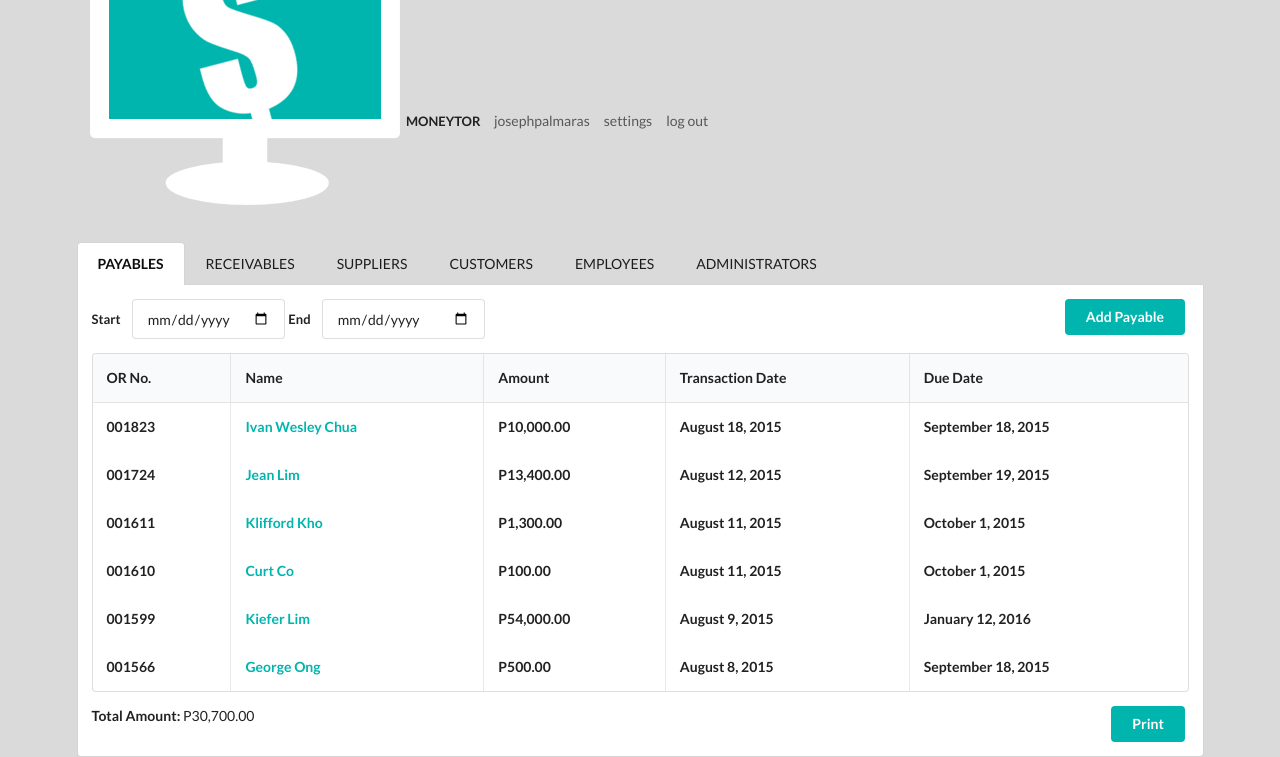
Repository: TV5/MoneyTor
Page: Workspace/MoneyTor/war/main.html
The author's editor kept a copy of each file at every save. The page is drawn from the files as they stood at one save, then again after the next save.
The browser window is 1280 px wide. The pictures show the whole page.

Above is the page before, as saved 2015-08-18 16:12:45.

### Workspace/MoneyTor/war/main.html
<!DOCTYPE html>
<html>
<head>
  <!-- Standard Meta -->
  <meta charset="utf-8" />
  <meta http-equiv="X-UA-Compatible" content="IE=edge,chrome=1" />
  <meta name="viewport" content="width=device-width, initial-scale=1.0, maximum-scale=1.0">

  <!-- Site Properities -->
  <title>Main Page</title>
  <link rel="stylesheet" type="text/css" href="../dist/components/reset.css">
  <link rel="stylesheet" type="text/css" href="../dist/components/site.css">

  <link rel="stylesheet" type="text/css" href="../dist/components/container.css">
  <link rel="stylesheet" type="text/css" href="../dist/components/grid.css">
  <link rel="stylesheet" type="text/css" href="../dist/components/header.css">
  <link rel="stylesheet" type="text/css" href="../dist/components/image.css">
  <link rel="stylesheet" type="text/css" href="../dist/components/menu.css">

  <link rel="stylesheet" type="text/css" href="../dist/components/divider.css">
  <link rel="stylesheet" type="text/css" href="../dist/components/segment.css">
  <link rel="stylesheet" type="text/css" href="../dist/components/form.css">
  <link rel="stylesheet" type="text/css" href="../dist/components/input.css">
  <link rel="stylesheet" type="text/css" href="../dist/components/button.css">
  <link rel="stylesheet" type="text/css" href="../dist/components/list.css">
  <link rel="stylesheet" type="text/css" href="../dist/components/message.css">
  <link rel="stylesheet" type="text/css" href="../dist/components/icon.css">
  <link rel="stylesheet" type="text/css" href="../dist/components/tab.min.css">
  <link rel="stylesheet" type="text/css" href="../dist/components/table.min.css">
  <link rel="stylesheet" type="text/css" href="../dist/components/modal.min.css">
  <link rel="stylesheet" type="text/css" href="../dist/components/dimmer.min.css">
  <link rel="stylesheet" type="text/css" href="../dist/components/transition.min.css">
  <script src="assets/library/jquery.min.js"></script>
  <script src="../dist/components/form.js"></script>
  <script src="../dist/components/transition.js"></script>
  <script src="../dist/components/tab.min.js"></script>
  <script src="../dist/components/modal.min.js"></script>
  <script src="../dist/components/dimmer.min.js"></script>
  <script src="../dist/components/transition.min.js"></script>

  <style type="text/css">
    body {
      background-color: #DADADA;
    }
    body > .grid {
      height: 100%;
    }
    .image {
      margin-top: -100px;
    }
    .column {
      max-width: 450px;
    }
    .firstmenu {
    	padding-left: 20px;
    	padding-right: 20px;
    	padding-top: 0px;
    }
    a {
    	color: #00b5ad;
    }
  </style>
</head>
<body>


<div class="ui container">
	<div class="ui text menu firstmenu" width="100%">
	  <img src="assets/images/logo.png" class="image mini">
	  <div class="header item">MONEYTOR </div>
	  <a class="item">
	    josephpalmaras
	  </a>
	  <a id="settingsLink" class="item">
	    settings
	  </a>
	  <a class="item" style="float:right">
	    log out
	  </a>
	</div>
	<div class="ui top attached tabular menu">
	  <a class="active item">
	    PAYABLES
	  </a>
	  <a class="item">
	    RECEIVABLES
	  </a>
	  <a class="item">
	    SUPPLIERS
	  </a>
	  <a class="item">
	    CUSTOMERS
	  </a>
	  <a class="item">
	    EMPLOYEES
	  </a>
	  <a class="item">
	    ADMINISTRATORS
	  </a>
	</div>

	<div class="ui bottom attached active tab segment" style="padding-bottom:50px">
	  <div class="ui form ">
	  	<div class="inline fields" style="float:left">
	  	<div class="eight wide field">
	      <label>Start</label>
	      <input type="date">
	    </div>
	    <div class="eight wide field">
	      <label>End</label>
	      <input type="date">
	    </div>
	    </div>
	    <div class="three wide feild" style="float:right">
	      <button id="addPayableBtn" class="ui button teal">Add Payable</button>
	    </div>
	  </div>
	  <table class="ui celled padded table">
	  <thead>
	    <tr>
	    <th>OR No.</th>
	    <th>Name</th>
	    <th>Amount</th>
	    <th>Transaction Date</th>
	    <th>Due Date</th>
	  	</tr>
	  </thead>
	  <tbody>
	  	<tr>
	    <th>001823</th>
	    <th><a href="#">Ivan Wesley Chua</a></th>
	    <th>P10,000.00</th>
	    <th>August 18, 2015</th>
	    <th>September 18, 2015</th>
	  	</tr>
	  	<tr>
	    <th>001724</th>
	    <th><a href="#">Jean Lim</a></th>
	    <th>P13,400.00</th>
	    <th>August 12, 2015</th>
	    <th>September 19, 2015</th>
	  	</tr>
	  	<tr>
	    <th>001611</th>
	    <th><a href="#">Klifford Kho</a></th>
	    <th>P1,300.00</th>
	    <th>August 11, 2015</th>
	    <th>October 1, 2015</th>
	  	</tr>
	  	<tr>
	    <th>001610</th>
	    <th><a href="#">Curt Co</a></th>
	    <th>P100.00</th>
	    <th>August 11, 2015</th>
	    <th>October 1, 2015</th>
	  	</tr>
	  	<tr>
	    <th>001599</th>
	    <th><a href="#">Kiefer Lim</a></th>
	    <th>P54,000.00</th>
	    <th>August 9, 2015</th>
	    <th>January 12, 2016</th>
	  	</tr>
	  	<tr>
	    <th>001566</th>
	    <th><a href="#">George Ong</a></th>
	    <th>P500.00</th>
	    <th>August 8, 2015</th>
	    <th>September 18, 2015</th>
	  	</tr>
	  </tbody>
	  </table>
	  <div>
	  <p style="float:left"><b>Total Amount: </b> P30,700.00</p>
	  <button class="ui button teal" style="float:right">Print</button>
		</div>
	</div>
</div>

<div id="userSettings" class="ui modal">
  <div class="header">User Settings</div>
  <div class="content">
    <form class="ui form">

    	<div class="inline fields">
		    <div class="two wide field">
		      <label>Username</label>
		    </div>
		    <div class="fourteen wide field">
		      josephpalmaras
		    </div>
		</div>

		<div class="inline fields">
		    <div class="two wide field">
		      <label>Password</label>
		    </div>
		    <div class="fourteen wide field">
		      <text>****** </text> <a href="#">change password</a>
		    </div>
		</div>

		<div class="inline fields">
		    <div class="two wide field">
		      <label>Name</label>
		    </div>
		    <div class="fourteen wide field">
		      <input type="text" value="Joseph Gabriell Palmaras"/>
		    </div>
		</div>
    </form>
  </div>
		<div class="actions">
			<div class="ui approve button teal">Save</div>
		    <div class="ui cancel button teal">Cancel</div>
		</div>
</div>

<!-- PAYABLE INFORMATION -->
<div id="addPayable" class="ui modal">
  <div class="header">Account Payable</div>
  <div class="content">
    <form class="ui form">

    	<div class="inline fields">
		    <div class="two wide field">
		      <label>Supplier Name</label>
		    </div>
		    <div class="fourteen wide field">
		      <input type="text">
		    </div>
		</div>

    	<div class="inline fields">
		    <div class="two wide field">
		      <label>Official Receipt Number</label>
		    </div>
		    <div class="fourteen wide field">
		      <input type="text">
		    </div>
		</div>

		<div class="inline fields">
		    <div class="two wide field">
		      <label>Amount</label>
		    </div>
		    <div class="fourteen wide field">
		      <input type="number">
		    </div>
		</div>

		<div class="inline fields">
		    <div class="two wide field">
		      <label>Transaction Date</label>
		    </div>
		    <div class="fourteen wide field">
		      <input type="date">
		    </div>
		</div>

		<div class="inline fields">
		    <div class="two wide field">
		      <label>Due Date</label>
		    </div>
		    <div class="fourteen wide field">
		      <input type="date">
		    </div>
		</div>


    </form>
  </div>
  <div class="actions">
    <div class="ui approve button teal">Save</div>
    <div class="ui button teal">Add More</div>
    <div class="ui cancel button teal">Cancel</div>
  </div>
</div>


<!-- SUPPLIER INFORMATION
<div id="addPayable" class="ui modal">
  <div class="header">Supplier</div>
  <div class="content">
    <form class="ui form">

    	<div class="inline fields">
		    <div class="two wide field">
		      <label>Name</label>
		    </div>
		    <div class="fourteen wide field">
		      <input type="text">
		    </div>
		</div>

    	<div class="inline fields">
		    <div class="two wide field">
		      <label>Address</label>
		    </div>
		    <div class="fourteen wide field">
		      <input type="text">
		    </div>
		</div>

    	<div class="inline fields">
		    <div class="two wide field">
		      <label>Contact Number</label>
		    </div>
		    <div class="fourteen wide field">
		      <input type="text">
		    </div>
		</div>

    	<div class="inline fields">
		    <div class="two wide field">
		      <label>Terms</label>
		    </div>
		    <div class="seven wide field">
		      <input type="number">
		    </div>
		    <div class="seven wide field">
		      <select class="ui fluid dropdown">
    			<option value="">days</option>
    			<option value="">weeks</option>
    			<option value="">months</option>
    			<option value="">years</option>
    		  </select>
		    </div>
		</div>

    </form>
  </div>
  <div class="actions">
    <div class="ui approve button">Save</div>
    <div class="ui button">Add More</div>
    <div class="ui cancel button">Cancel</div>
  </div>
</div> -->

</body>
<script type="text/javascript">

	$('#addPayableBtn').click(function(){
		$('#addPayable').modal('show');
	});

	$('#settingsLink').click(function(){
		$('#userSettings').modal('show');
	});

</script>
</html>

### Workspace/MoneyTor/war/dist/components/site.css
/*!
 * # Semantic UI 2.0.8 - Site
 * http://github.com/semantic-org/semantic-ui/
 *
 *
 * Copyright 2015 Contributors
 * Released under the MIT license
 * http://opensource.org/licenses/MIT
 *
 */


/*******************************
             Page
*******************************/

@import url('https://fonts.googleapis.com/css?family=Lato:400,700,400italic,700italic&subset=latin');
html,
body {
  height: 100%;
}
html {
  font-size: 14px;
}
body {
  margin: 0px;
  padding: 0px;
  overflow-x: hidden;
  min-width: 320px;
  background: #ffffff;
  font-family: 'Lato', 'Helvetica Neue', Arial, Helvetica, sans-serif;
  font-size: 14px;
  line-height: 1.4285em;
  color: rgba(0, 0, 0, 0.87);
  font-smoothing: antialiased;
}


/*******************************
             Headers
*******************************/

h1,
h2,
h3,
h4,
h5 {
  font-family: 'Lato', 'Helvetica Neue', Arial, Helvetica, sans-serif;
  line-height: 1.2857em;
  margin: calc(2rem -  0.14285em ) 0em 1rem;
  font-weight: bold;
  padding: 0em;
}
h1 {
  min-height: 1rem;
  font-size: 2rem;
}
h2 {
  font-size: 1.714rem;
}
h3 {
  font-size: 1.28rem;
}
h4 {
  font-size: 1.071rem;
}
h5 {
  font-size: 1rem;
}
h1:first-child,
h2:first-child,
h3:first-child,
h4:first-child,
h5:first-child {
  margin-top: 0em;
}
h1:last-child,
h2:last-child,
h3:last-child,
h4:last-child,
h5:last-child {
  margin-bottom: 0em;
}


/*******************************
             Text
*******************************/

p {
  margin: 0em 0em 1em;
  line-height: 1.4285em;
}
p:first-child {
  margin-top: 0em;
}
p:last-child {
  margin-bottom: 0em;
}

/*-------------------
        Links
--------------------*/

a {
  color: #4183c4;
  text-decoration: none;
}
a:hover {
  color: #1e70bf;
  text-decoration: none;
}


/*******************************
          Highlighting
*******************************/


/* Site */
::-webkit-selection {
  background-color: #cce2ff;
  color: rgba(0, 0, 0, 0.87);
}
::-moz-selection {
  background-color: #cce2ff;
  color: rgba(0, 0, 0, 0.87);
}
::selection {
  background-color: #cce2ff;
  color: rgba(0, 0, 0, 0.87);
}

/* Form */
textarea::-webkit-selection,
input::-webkit-selection {
  background-color: rgba(100, 100, 100, 0.4);
  color: rgba(0, 0, 0, 0.87);
}
textarea::-moz-selection,
input::-moz-selection {
  background-color: rgba(100, 100, 100, 0.4);
  color: rgba(0, 0, 0, 0.87);
}
textarea::selection,
input::selection {
  background-color: rgba(100, 100, 100, 0.4);
  color: rgba(0, 0, 0, 0.87);
}


/*******************************
        Global Overrides
*******************************/



/*******************************
         Site Overrides
*******************************/

### Workspace/MoneyTor/war/dist/components/container.css
/*!
 * # Semantic UI 2.0.8 - Container
 * http://github.com/semantic-org/semantic-ui/
 *
 *
 * Copyright 2015 Contributors
 * Released under the MIT license
 * http://opensource.org/licenses/MIT
 *
 */


/*******************************
            Container
*******************************/


/* All Sizes */
.ui.container {
  display: block;
  max-width: 100% !important;
}

/* Mobile */
@media only screen and (max-width: 767px) {
  .ui.container {
    width: auto;
    margin-left: 1em !important;
    margin-right: 1em !important;
  }
  .ui.grid.container {
    width: auto !important;
  }
}

/* Tablet */
@media only screen and (min-width: 768px) and (max-width: 991px) {
  .ui.container {
    width: 723px;
    margin-left: auto !important;
    margin-right: auto !important;
  }
  .ui.grid.container {
    width: calc( 723px  +  2em ) !important;
  }
}

/* Small Monitor */
@media only screen and (min-width: 992px) and (max-width: 1199px) {
  .ui.container {
    width: 933px;
    margin-left: auto !important;
    margin-right: auto !important;
  }
  .ui.grid.container {
    width: calc( 933px  +  2em ) !important;
  }
}

/* Large Monitor */
@media only screen and (min-width: 1200px) {
  .ui.container {
    width: 1127px;
    margin-left: auto !important;
    margin-right: auto !important;
  }
  .ui.grid.container {
    width: calc( 1127px  +  2em ) !important;
  }
}


/*******************************
             Types
*******************************/


/* Text Container */
.ui.text.container {
  font-family: 'Lato', 'Helvetica Neue', Arial, Helvetica, sans-serif;
  max-width: 700px !important;
  line-height: 1.5;
}
.ui.text.container {
  font-size: 1.14285714rem;
}

/* Fluid */
.ui.fluid.container {
  width: 100%;
}


/*******************************
           Variations
*******************************/

.ui[class*="left aligned"].container {
  text-align: left;
}
.ui[class*="center aligned"].container {
  text-align: center;
}
.ui[class*="right aligned"].container {
  text-align: right;
}
.ui.justified.container {
  text-align: justify;
  -webkit-hyphens: auto;
     -moz-hyphens: auto;
      -ms-hyphens: auto;
          hyphens: auto;
}


/*******************************
         Theme Overrides
*******************************/



/*******************************
         Site Overrides
*******************************/

### Workspace/MoneyTor/war/dist/components/image.css
/*!
 * # Semantic UI 2.0.8 - Image
 * http://github.com/semantic-org/semantic-ui/
 *
 *
 * Copyright 2015 Contributors
 * Released under the MIT license
 * http://opensource.org/licenses/MIT
 *
 */


/*******************************
             Image
*******************************/

.ui.image {
  position: relative;
  display: inline-block;
  vertical-align: middle;
  max-width: 100%;
  background-color: transparent;
}
img.ui.image {
  display: block;
}
.ui.image svg,
.ui.image img {
  display: block;
  max-width: 100%;
  height: auto;
}


/*******************************
            States
*******************************/

.ui.hidden.images,
.ui.hidden.image {
  display: none;
}
.ui.disabled.images,
.ui.disabled.image {
  cursor: default;
  opacity: 0.45;
}


/*******************************
          Variations
*******************************/


/*--------------
     Inline
---------------*/

.ui.inline.image,
.ui.inline.image svg,
.ui.inline.image img {
  display: inline-block;
}

/*------------------
  Vertical Aligned
-------------------*/

.ui.top.aligned.images .image,
.ui.top.aligned.image,
.ui.top.aligned.image svg,
.ui.top.aligned.image img {
  display: inline-block;
  vertical-align: top;
}
.ui.middle.aligned.images .image,
.ui.middle.aligned.image,
.ui.middle.aligned.image svg,
.ui.middle.aligned.image img {
  display: inline-block;
  vertical-align: middle;
}
.ui.bottom.aligned.images .image,
.ui.bottom.aligned.image,
.ui.bottom.aligned.image svg,
.ui.bottom.aligned.image img {
  display: inline-block;
  vertical-align: bottom;
}

/*--------------
     Rounded
---------------*/

.ui.rounded.images .image,
.ui.rounded.image,
.ui.rounded.images .image > *,
.ui.rounded.image > * {
  border-radius: 0.3125em;
}

/*--------------
    Bordered
---------------*/

.ui.bordered.images .image,
.ui.bordered.images img,
.ui.bordered.images svg,
.ui.bordered.image img,
.ui.bordered.image svg,
img.ui.bordered.image {
  border: 1px solid rgba(0, 0, 0, 0.1);
}

/*--------------
    Circular
---------------*/

.ui.circular.images,
.ui.circular.image {
  overflow: hidden;
}
.ui.circular.images .image,
.ui.circular.image,
.ui.circular.images .image > *,
.ui.circular.image > * {
  border-radius: 500rem;
}

/*--------------
     Fluid
---------------*/

.ui.fluid.images,
.ui.fluid.image,
.ui.fluid.images img,
.ui.fluid.images svg,
.ui.fluid.image svg,
.ui.fluid.image img {
  display: block;
  width: 100%;
  height: auto;
}

/*--------------
     Avatar
---------------*/

.ui.avatar.images .image,
.ui.avatar.images img,
.ui.avatar.images svg,
.ui.avatar.image img,
.ui.avatar.image svg,
.ui.avatar.image {
  margin-right: 0.25em;
  display: inline-block;
  width: 2em;
  height: 2em;
  border-radius: 500rem;
}

/*-------------------
       Spaced
--------------------*/

.ui.spaced.image {
  display: inline-block !important;
  margin-left: 0.5em;
  margin-right: 0.5em;
}
.ui[class*="left spaced"].image {
  margin-left: 0.5em;
  margin-right: 0em;
}
.ui[class*="right spaced"].image {
  margin-left: 0em;
  margin-right: 0.5em;
}

/*-------------------
       Floated
--------------------*/

.ui.floated.image,
.ui.floated.images {
  float: left;
  margin-right: 1em;
  margin-bottom: 1em;
}
.ui.right.floated.images,
.ui.right.floated.image {
  float: right;
  margin-right: 0em;
  margin-bottom: 1em;
  margin-left: 1em;
}
.ui.floated.images:last-child,
.ui.floated.image:last-child {
  margin-bottom: 0em;
}
.ui.centered.images,
.ui.centered.image {
  margin-left: auto;
  margin-right: auto;
}

/*--------------
     Sizes
---------------*/

.ui.mini.images .image,
.ui.mini.images img,
.ui.mini.images svg,
.ui.mini.image {
  width: 35px;
  height: auto;
  font-size: 0.71428571rem;
}
.ui.tiny.images .image,
.ui.tiny.images img,
.ui.tiny.images svg,
.ui.tiny.image {
  width: 80px;
  height: auto;
  font-size: 0.85714286rem;
}
.ui.small.images .image,
.ui.small.images img,
.ui.small.images svg,
.ui.small.image {
  width: 150px;
  height: auto;
  font-size: 0.92857143rem;
}
.ui.medium.images .image,
.ui.medium.images img,
.ui.medium.images svg,
.ui.medium.image {
  width: 300px;
  height: auto;
  font-size: 1rem;
}
.ui.large.images .image,
.ui.large.images img,
.ui.large.images svg,
.ui.large.image {
  width: 450px;
  height: auto;
  font-size: 1.14285714rem;
}
.ui.big.images .image,
.ui.big.images img,
.ui.big.images svg,
.ui.big.image {
  width: 600px;
  height: auto;
  font-size: 1.28571429rem;
}
.ui.huge.images .image,
.ui.huge.images img,
.ui.huge.images svg,
.ui.huge.image {
  width: 800px;
  height: auto;
  font-size: 1.42857143rem;
}
.ui.massive.images .image,
.ui.massive.images img,
.ui.massive.images svg,
.ui.massive.image {
  width: 960px;
  height: auto;
  font-size: 1.71428571rem;
}


/*******************************
              Groups
*******************************/

.ui.images {
  font-size: 0em;
  margin: 0em -0.25rem 0rem;
}
.ui.images .image,
.ui.images img,
.ui.images svg {
  display: inline-block;
  margin: 0em 0.25rem 0.5rem;
}


/*******************************
         Theme Overrides
*******************************/



/*******************************
         Site Overrides
*******************************/

Loaded but not shown: Workspace/MoneyTor/war/dist/components/tab.min.css (common file); Workspace/MoneyTor/war/dist/components/table.min.css (library); Workspace/MoneyTor/war/dist/components/modal.min.css (library); Workspace/MoneyTor/war/dist/components/dimmer.min.css (common file); Workspace/MoneyTor/war/dist/components/transition.min.css (library); Workspace/MoneyTor/war/assets/library/jquery.min.js (library); Workspace/MoneyTor/war/dist/components/tab.min.js (library); Workspace/MoneyTor/war/dist/components/modal.min.js (library); Workspace/MoneyTor/war/dist/components/dimmer.min.js (library); Workspace/MoneyTor/war/dist/components/transition.min.js (library); Workspace/MoneyTor/war/dist/components/form.js (1308 lines, source omitted); Workspace/MoneyTor/war/dist/components/transition.js (1072 lines, source omitted); Workspace/MoneyTor/war/dist/components/button.css (3230 lines, source omitted); Workspace/MoneyTor/war/dist/components/grid.css (1879 lines, source omitted); Workspace/MoneyTor/war/dist/components/icon.css (2601 lines, source omitted); Workspace/MoneyTor/war/dist/components/menu.css (1891 lines, source omitted); Workspace/MoneyTor/war/dist/components/form.css (994 lines, source omitted); Workspace/MoneyTor/war/dist/components/list.css (923 lines, source omitted); Workspace/MoneyTor/war/dist/components/segment.css (751 lines, source omitted); Workspace/MoneyTor/war/dist/components/header.css (721 lines, source omitted); Workspace/MoneyTor/war/dist/components/input.css (486 lines, source omitted); Workspace/MoneyTor/war/dist/components/message.css (462 lines, source omitted); Workspace/MoneyTor/war/dist/components/reset.css (423 lines, source omitted); Workspace/MoneyTor/war/dist/components/divider.css (260 lines, source omitted)

After the next save:
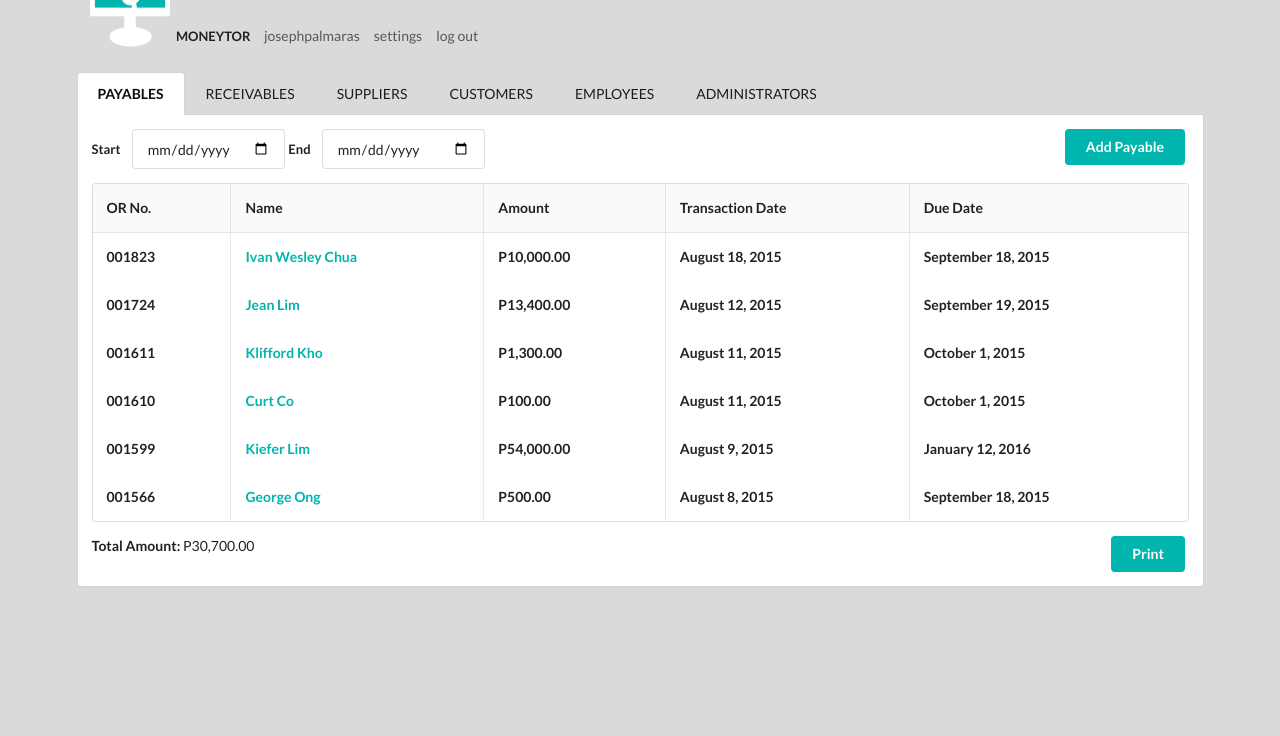
Saved 95 s later.
--- a/Workspace/MoneyTor/war/main.html
+++ b/Workspace/MoneyTor/war/main.html
@@ -66,7 +66,7 @@
 
 <div class="ui container">
 	<div class="ui text menu firstmenu" width="100%">
-	  <img src="assets/images/logo.png" class="image mini">
+	  <img src="assets/images/logo.png" class="ui middle aligned tiny image">
 	  <div class="header item">MONEYTOR </div>
 	  <a class="item">
 	    josephpalmaras
